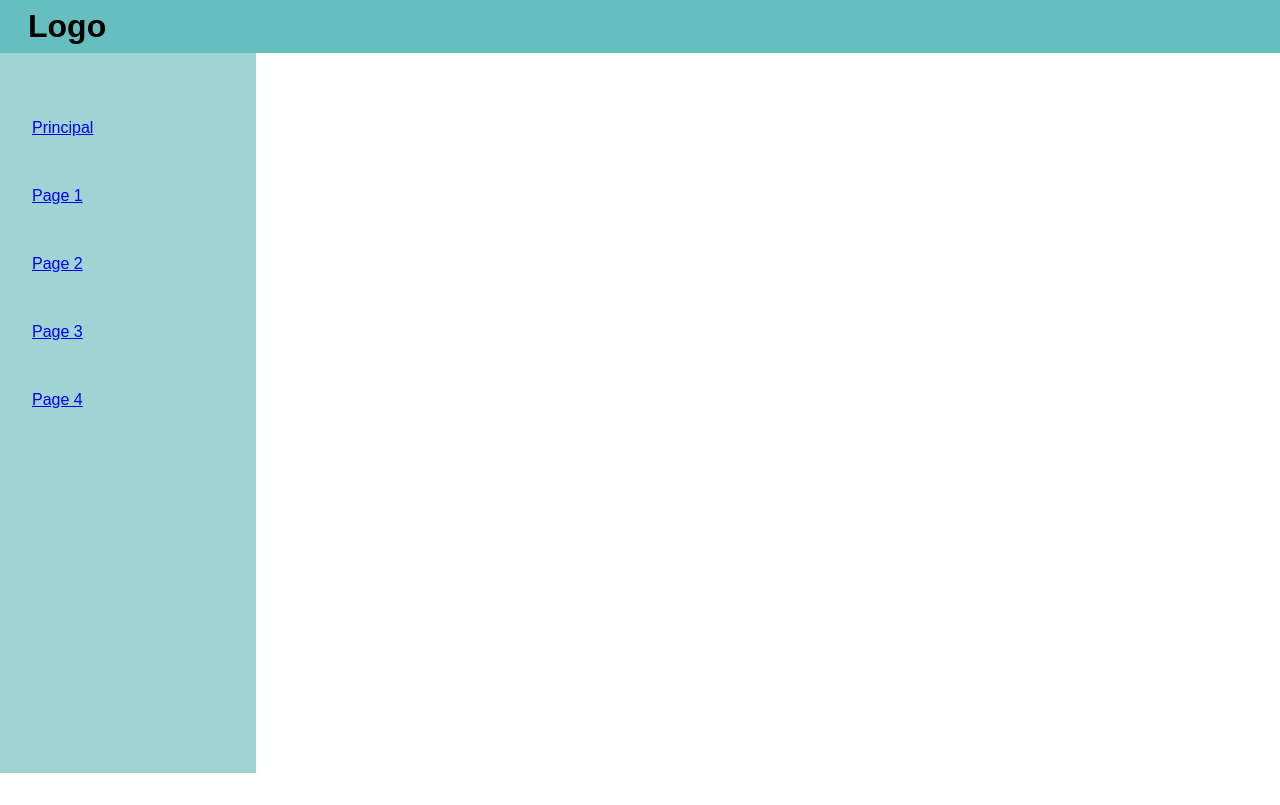
Repository: mateus-henrique-silva/Dashboard-pixel-facebook-react
Page: / (app in dashboard-pixel/)
An editor plug-in stored every save of this project. The page is shown before and after a run of saves, followed by the edit.
The browser window is 1280 px wide. The pictures show the whole page.
The project was rebuilt for these pictures with package versions that can differ from the ones it lists, and the page was loaded fresh each time.

Above is the page before, as saved 2022-07-07 17:42:02.

### dashboard-pixel/src/index.js
import React from "react";
import ReactDOM from "react-dom/client";

import App from "./App";
import reportWebVitals from "./reportWebVitals";

const root = ReactDOM.createRoot(document.getElementById("root"));
root.render(
  <React.StrictMode>
    <App />
  </React.StrictMode>
);

reportWebVitals();

### dashboard-pixel/src/App.jsx
import React from "react";
import Main from "./Components/MainPage/Main";



function App() {
  return (
    <div >
        <Main/>


    </div>
  );
}

export default App;

### dashboard-pixel/src/Components/MainPage/Main.jsx
import React from 'react'
import './Main.css'
import Header from '../Header/Header'
import SideBar from "../SideBar/SideBar"

const Main = () => {
  return (
    <div className="Main">
        <Header/>
        <SideBar/>
    </div>
  )
}

export default Main

### dashboard-pixel/src/Components/MainPage/Main.css
* {
  border: 0;
  margin: 0;
  font-family: sans-serif;
}

.Main {
  width: 100%;
  height: 100vh;
}
.startHeader{
    width: 100%;
    display: flex;
    justify-content: center;
}

### dashboard-pixel/src/Components/Header/Header.jsx
import React from 'react'
import "./Header.css"

const Header = () => {
  return (
    <div className="startHeader">

        <div className="Header">
            <h1>Logo</h1>
        </div>

    </div>
  )
}

export default Header

### dashboard-pixel/src/Components/SideBar/SideBar.jsx
import React from "react";
import "./SideBar.css";

const SideBar = () => {
  return (
    <div>
      <div className="div-sidebar">
        <div className="Menu-tag">
          <div><a href="#">Principal</a></div>

          <div><a href="#">Page 1</a></div>
          <div><a href="#">Page 2</a></div>
          <div><a href="#">Page 3</a></div>
          <div><a href="#">Page 4</a></div>
        </div>
      </div>
    </div>
  );
};

export default SideBar;

### dashboard-pixel/src/Components/Header/Header.css
.Header{
    width: 99vw;
    padding: 0.5em 0.5em ;
    background-color:#66BFBF;
    display:flex;
    align-items:center;



}

.Header h1{
    margin-left: 20px;
}

### dashboard-pixel/src/Components/SideBar/SideBar.css
.div-sidebar {
  height: 100vh;
  width: 20vw;
  background-color: #9fd4d4;
  display: grid;
}

.Menu-tag {
  height: 100%;
  padding: 1em 2em;
}

.Menu-tag div {
  margin-top:50px;
}

Loaded but not shown: dashboard-pixel/public/index.html (common file); dashboard-pixel/src/reportWebVitals.js (common file)

After the next 2 saves:
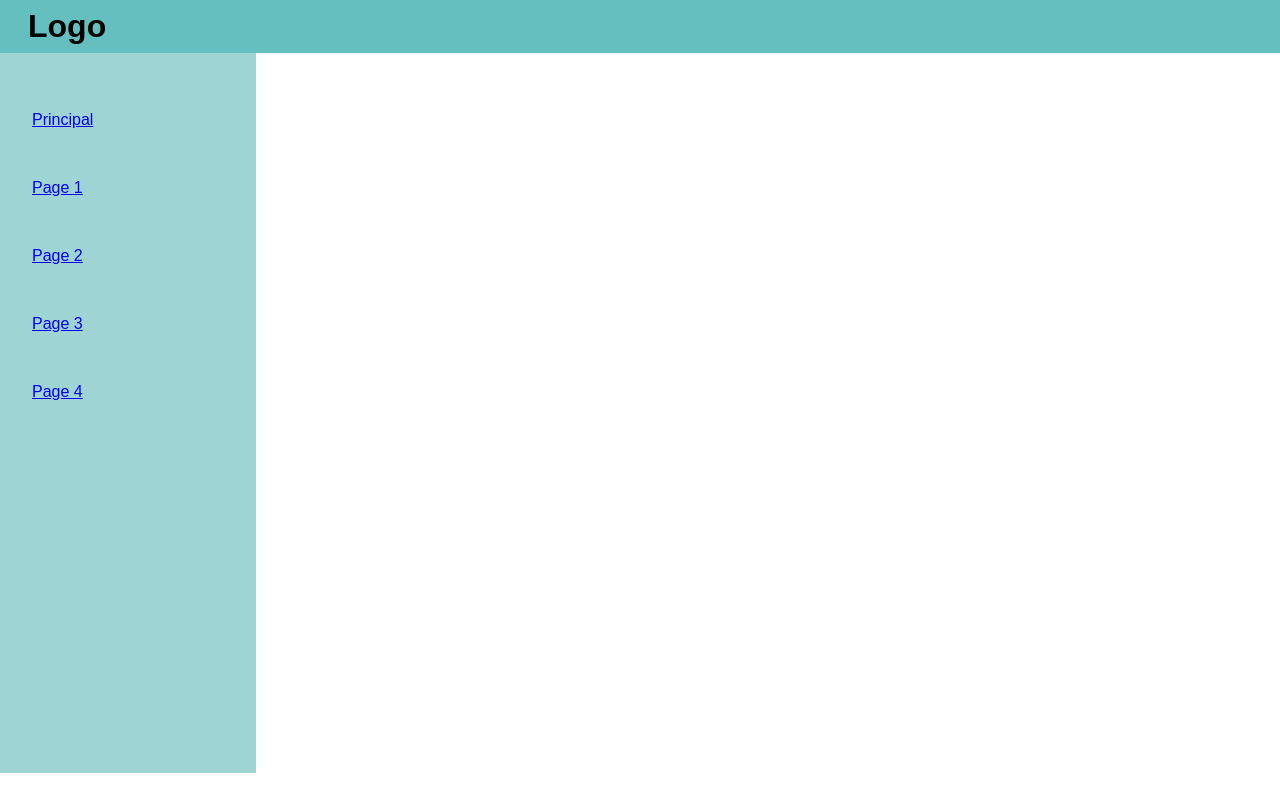
The 2 saves are shown as one change because they came seconds apart.
The last was saved 6 s later.
--- a/dashboard-pixel/src/Components/SideBar/SideBar.css
+++ b/dashboard-pixel/src/Components/SideBar/SideBar.css
@@ -7,7 +7,7 @@
 
 .Menu-tag {
   height: 100%;
-  padding: 1em 2em;
+  padding: 0.5em 2em;
 }
 
 .Menu-tag div {
